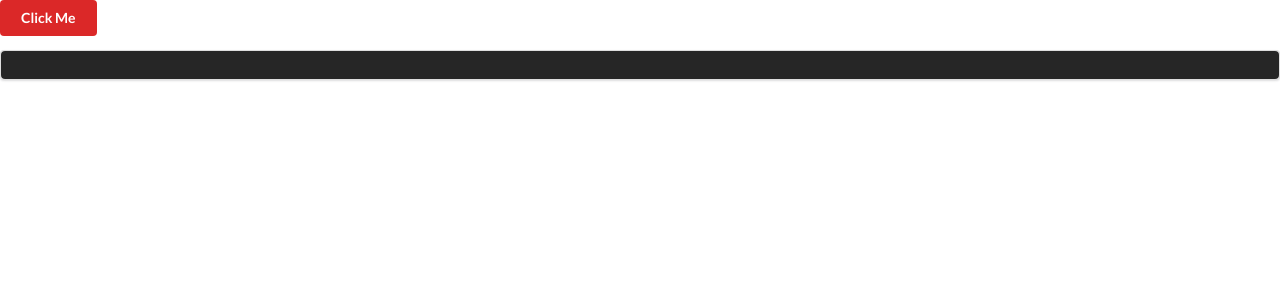
Repository: anagarango/dai-week4-assignment
Page: / (app in dai_web_ex/)
These files come from the project's save history. The page is drawn as it stood at one moment and after the next save; the edit follows.
The browser window is 1280 px wide. The pictures show the whole page.
The project was rebuilt for these pictures with package versions that can differ from the ones it lists, and the page was loaded fresh each time. The framework's server and built-in components were replaced by stand-ins that run in the browser. Also part of the build but not shown: dai_web_ex/next.config.js.

Above is the page before, as saved 2022-09-26 15:11:39.

After the next save:
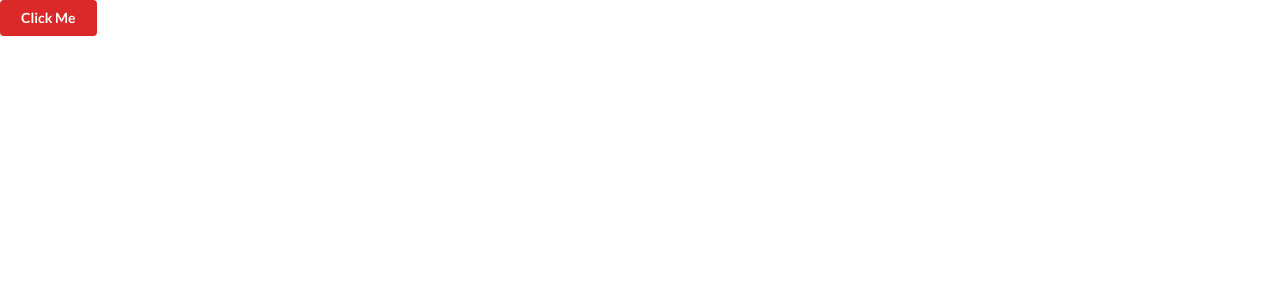
Saved 7 min 2 s later.
--- a/dai_web_ex/pages/index.js
+++ b/dai_web_ex/pages/index.js
@@ -38,14 +38,28 @@ export default function Home() {
     }
   }
 
+  // async = when it takes time to connect to a server
+  const Login = async () => {
+    setLogInState("during");
+    // its going to take time
+    // mock of the time passing -> this code is useless and doesnt do anything
+    await new Promise(resolve=>setTimeout(resolve, 3000))
+
+    setLogInState("after");
+    // its going to stall for 1-2 seconds
+
+    r.push("/dashboard")
+
+  }
+
   return (
     <div>
-      <Button color={c} onClick={()=>HandleButton()}>{btn_text}</Button>
-      <Segment>
-        <Dimmer active>
-          {logInState === "during" && <Loader />}
-        </Dimmer>
-      </Segment>
+      <Button color={c} onClick={()=>Login()}>{btn_text}</Button>
+      {/* <Segment>
+        <Dimmer active> */}
+          {logInState === "during" && <Loader active/>}
+        {/* </Dimmer>
+      </Segment> */}
     </div>
   )
 }
